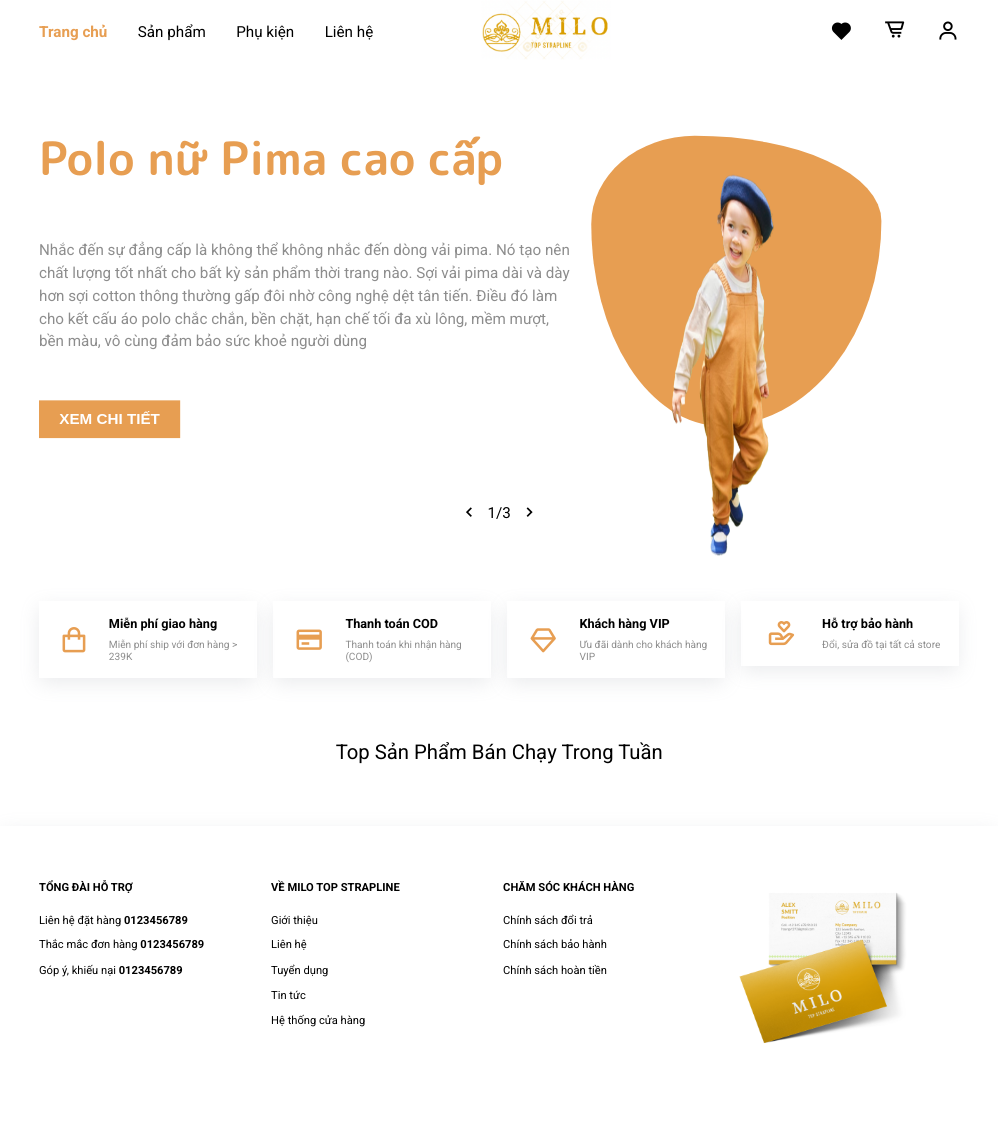
Repository: QuyHoang99k/shop
Page: /
The author's editor kept a copy of each file at every save. The page is drawn from the files as they stood at one save, then again after a run of saves.
The browser window is 1280 px wide. The pictures show the whole page, at 78% of full size.
The project was rebuilt for these pictures with package versions that can differ from the ones it lists, and the page was loaded fresh each time. Also part of the build but not shown: src/pages/Catalog.jsx, src/pages/Cart.jsx, src/pages/Product.jsx.

Above is the page before, as saved 2021-10-19 10:39:47.

### src/sass/index.scss
@import "./_variables.scss";
@import "./mixins";
@import "./_base.scss";

@import "./components/header";
@import "./components/footer";
@import "./components/hero-slider";
@import "./components/button";
@import "./components/section";
@import "./components/policy-card";

### src/components/Layout.jsx
import React from 'react'

import { BrowserRouter, Route } from 'react-router-dom'

import Header from './Header'
import Footer from './Footer'

import Routes from '../routes/Routes'

const Layout = () => {
    return (
        <BrowserRouter>
            <Route render={props => (
                <div>
                    <Header {...props}/>
                    <div className="container">
                        <div className="main">
                            <Routes/>
                        </div>
                    </div>
                    <Footer/>
                </div>
            )}/>
        </BrowserRouter>
    )
}

export default Layout

### src/sass/_variables.scss
$main-bg: #fff;
$main-color: #E79E52;

$txt-main-color: #000;
$txt-second-color:#8d8d8d;
$txt-white:#fff;

$btn-main-bg: $main-color;
$btn-main-color:#fff;

$header-height:80px;
$header-tablet-height:70px;
$header-mobile-height:40px;
$header-shrink-height:70px;

$box-shadow: rgba(149,157,165,0.2) 0px 8px 24px;

$colors:(
  "blue":#E79E52,
  "orange":#E0D3E9,
  "pink":#C19D71,
  "white":#fff,
  "black":#000,
  "main":$main-color

);
$mobile-width: 600px;
$tablet-width:1024px;

$numbers: (0,1,2,3,4,5,6,7,8);

### src/sass/_mixins.scss
@mixin flex ($align-item, $justify-content) {
    display: flex;
    align-items: $align-item;
    justify-content: $justify-content;
}
@mixin mobile {
    @media only screen and (max-width: $mobile-width){
        @content;
    }
}
@mixin tablet {
    @media only screen and (max-width: $tablet-width){
        @content;
    }
}

### src/sass/_base.scss
@import url("https://fonts.googleapis.com/css2?family=M+PLUS+Rounded+1c:wght@100;300;400;500;700;800;900&family=Roboto:ital,wght@0,100;0,300;0,400;0,500;0,700;0,900;1,100;1,300;1,400;1,500;1,700;1,900&display=swap");

@import url("https://fonts.googleapis.com/css2?family=M+PLUS+Rounded+1c:wght@100;300;400;500;700;800;900&family=Roboto:ital,wght@0,100;0,300;0,400;0,500;0,700;0,900;1,100;1,300;1,400;1,500;1,700;1,900&display=swap");

* {
    padding: 0;
    margin: 0;
    box-sizing: border-box;
    -webkit-tap-highlight-color: transparent;
    user-select: none;
}

html {
    font-size: 13px;
}

body {
    font-family: "Roboto", sans-serif;
}

ul {
    list-style-type: none;
}

a {
    text-decoration: none;
    color: unset;
}

a:hover {
    color: $main-color;
}

img {
    max-width: 100%;
}

@each $color, $val in $colors {
    .color-#{$color} {
        color: $val;
    }

    .bg-#{$color} {
        background-color: $val;
    }
}

@each $val in $numbers {
    .grid-col-#{$val} {
        grid-template-columns: repeat($val, 1fr);
    }
}

@each $val in $numbers {
    .grid-col-md-#{$val} {
        @include tablet {
            grid-template-columns: repeat($val, 1fr);
        }
    }
}

@each $val in $numbers {
    .grid-col-sm-#{$val} {
        @include mobile {
            grid-template-columns: repeat($val, 1fr);
        }
    }
}

.container {
    width: 100%;
    max-width: 1620px;
    padding: 0 50px;
    margin: auto;

    @include tablet {
        padding: 0 20px;
    }

    @include mobile {
        padding: 0 10px;
    }
}

.main {
    margin-top: $header-height;
    margin-bottom: 2rem;
    min-height: 100vh;

    @include tablet {
        margin-top: calc(#{$header-tablet-height} + 20px);
    }

    @include mobile {
        margin-top: calc(#{$header-mobile-height} + 10px);
    }
}

.grid {
    display: grid;
}

### src/sass/components/_header.scss
.header {
    background-color: $main-bg;
    position: fixed;
    top: 0;
    left: 0;
    width: 100%;
    z-index: 100;
    height: $header-height;
    transition: height 0.3s ease;

    @include tablet {
        height: $header-tablet-height;
        box-shadow: $box-shadow;
    }

    @include mobile {
        height: $header-mobile-height;
    }

    .container {
        height: 100%;
    }

    &.shrink {
        height: $header-shrink-height;
        box-shadow: $box-shadow;
        z-index: 100;

        @include mobile {
            height: $header-mobile-height;
        }
    }

    &__logo {
        @include flex(center, center);
        position: absolute;
        inset: 0;
        pointer-events: none;

        img {
            height: 75px;
            margin-left: 120px;
            @include tablet {
                height: 50px;
            }
            @include mobile {
                height: 38px;
                margin-left: 0px;
            }
        }
    }

    &__menu {
        @include flex(center, space-between);
        height: 100%;
        font-size: 1.5rem;

        &__item ~ &__item {
            margin-left: 39px;

            @include tablet {
                margin-left: 20px;
            }

            @include mobile {
                margin-left: 10px;
            }
        }

        &__item.active {
            font-weight: 600;
            color: $main-color;
        }

        &__item:hover {
            color: $main-color;
        }

        &__left,
        &__right {
            @include flex(center, center);
            height: 100%;
        }

        &__right {
            font-size: 2.25rem;

            &__item {
                @include flex(center, center);

                @include tablet {
                    margin-left: 10px;
                }
            }

            @include mobile {
                font-size: 1.5rem;
            }
        }

        &__left {
            &__close {
                display: none;
            }

            @include tablet {
                flex-direction: column;
                background-color: $main-bg;
                position: absolute;
                left: 0;
                top: 0;
                width: 100%;
                height: 100vh;
                justify-content: flex-start;
                padding-top: 30px;
                transform: translateX(-100%);
                transition: transform 0.5s ease;

                &.active {
                    transform: translateX(0);
                }

                &__item ~ &__item {
                    margin-left: unset;
                    margin-top: 20px;
                }

                &__close {
                    display: block;
                    position: absolute;
                    left: 20px;
                    font-size: 2.5rem;
                }
            }
        }

        &__mobile-toggle {
            display: none;

            @include tablet {
                display: block;
                font-size: 2.5rem;
            }
        }
    }
}

### src/sass/components/_footer.scss
.footer{
    padding: 70px 0;
    box-shadow: $box-shadow;
    font-size: 1.1rem;
    &__logo{
        height: 220px;
        width: 220px;
    }

    &__about{
        p{
            margin-bottom: 2rem;
        }
    }
    &__title{
        text-transform: uppercase;
        margin-bottom: 2rem;
        font-weight: 600;
    }
    &__content {
        p {
            margin-bottom: 1.25rem;
        }
    }
}

### src/sass/components/_button.scss
.btn {
    border: 0;
    outline: 0;
    color: $btn-main-color;
    font-size: 1.5rem;
    font-weight: 600;
    text-transform: uppercase;
    cursor: pointer;
    overflow: hidden;
    position: relative;

    @include mobile {
        font-size: 1rem;
    }

    &__txt,
    &__icon {
        display: block;
        transition: transform 0.5s ease;
    }

    &__txt {
        padding: 1rem 2rem;
    }

    &__icon {
        @include flex(center, center);
        font-size: 2rem;
        position: absolute;
        left: 0;
        top: 0;
        height: 100%;
        width: 100%;
        transform: translateX(-100%);
    }

    &-animate:hover &__txt {
        transform: translateX(100%);
    }

    &-animate:hover &__icon {
        transform: translateX(0);
    }

    &-sm {
        font-size: 1rem;
    }

    &-sm &__txt {
        padding: 0.7rem 1.5rem;
    }
}

### src/sass/components/_policy-card.scss
.policy-card{
    @include flex(center,flex-start);
    padding: 20px;
    padding-left: 0;
    box-shadow: $box-shadow;
    transition:  transform 0.5s ease;

    &:hover{
        transform: translateY(-20px);
    }
    &__icon{
        @include flex(center,center);
        width: 40%;
        color: $main-color;
        i{
            font-size: 3rem;
        }
    }
    &__info{
        &__name{
            font-size: 1.25rem;
            font-weight: 600;
            margin-bottom: 10px;
        }
        &__description{
            font-size: 1rem;
            color: $txt-second-color;
        }

    }
}

### src/components/Header.jsx
import React, { useRef, useEffect } from 'react'
import { Link, useLocation } from 'react-router-dom'

import logo from '../assets/images/Logo-2.png'

const mainNav = [
    {
        display: "Trang chủ",
        path: "/"
    },
    {
        display: "Sản phẩm",
        path: "/catalog"
    },
    {
        display: "Phụ kiện",
        path: "/accessories"
    },
    {
        display: "Liên hệ",
        path: "/contact"
    }
]

const Header = () => {

    const { pathname } = useLocation()
    const activeNav = mainNav.findIndex(e => e.path === pathname)

    const headerRef = useRef(null)

    useEffect(() => {
        window.addEventListener("scroll", () => {
            if (document.body.scrollTop > 80 || document.documentElement.scrollTop > 80) {
                headerRef.current.classList.add('shrink')
            } else {
                headerRef.current.classList.remove('shrink')
            }
        })
        return () => {
            window.removeEventListener("scroll")
        };
    }, []);

    const menuLeft = useRef(null)

    const menuToggle = () => menuLeft.current.classList.toggle('active')

    return (
        <div className="header" ref={headerRef}>
            <div className="container">
                <div className="header__logo">
                    <Link to="/">
                        <img src={logo} alt="" />
                    </Link>
                </div>
                <div className="header__menu">
                    <div className="header__menu__mobile-toggle" onClick={menuToggle}>
                        <i className='bx bx-menu-alt-left'></i>
                    </div>
                    <div className="header__menu__left" ref={menuLeft}>
                        <div className="header__menu__left__close" onClick={menuToggle}>
                            <i className='bx bx-chevron-left'></i>
                        </div>
                        {
                            mainNav.map((item, index) => (
                                <div
                                    key={index}
                                    className={`header__menu__item header__menu__left__item ${index === activeNav ? 'active' : ''}`}
                                    onClick={menuToggle}
                                >
                                    <Link to={item.path}>
                                        <span>{item.display}</span>
                                    </Link>
                                </div>
                            ))
                        }
                    </div>
                    <div className="header__menu__right">
                        <div className="header__menu__item header__menu__right__item">
                        <i className='bx bxs-heart'></i>
                        </div>
                        <div className="header__menu__item header__menu__right__item">
                            <Link to="/cart">
                            <i class='bx bx-cart-alt'></i>
                            </Link>
                        </div>
                        <div className="header__menu__item header__menu__right__item">
                            <i className="bx bx-user"></i>
                        </div>
                    </div>
                </div>
            </div>
        </div>
    )
}

export default Header

### src/routes/Routes.jsx
/* eslint-disable no-unused-vars */
import React from 'react'
import { Route,Switch } from 'react-router'

import Home from '../pages/Home'
import Catalog from '../pages/Catalog'
import Cart from '../pages/Cart'
import Product from '../pages/Product'



const Routes = () => {
  return (
    <Switch>
      <Route path='/' exact component ={Home}/>
      <Route path='/catalog/:slug' exact component ={Product}/>
      <Route path='/catalog' exact component ={Catalog}/>
      <Route path='/cart' exact component ={Cart}/>
    </Switch>
  )
}

export default Routes

### src/components/Grid.jsx
import React from 'react'
import PropTypes from 'prop-types'

const Grid = props => {

    const style = {
        gap: props.gap ? `${props.gap}px` : '0'
    }

    const col = props.col ? `grid-col-${props.col}` : ''
    const mdCol = props.mdCol ? `grid-col-md-${props.mdCol}` : ''
    const smCol = props.smCol ? `grid-col-sm-${props.smCol}` : ''

    return (
        <div className={`grid ${col} ${mdCol} ${smCol}`} style={style}>
            {props.children}
        </div>
    )
}


Grid.propTypes = {
    col: PropTypes.number.isRequired,
    mdCol: PropTypes.number,
    smCol: PropTypes.number,
    gap: PropTypes.number
}

export default Grid

### src/pages/Home.jsx
import React from 'react'
import Helmet from '../components/Helmet'
import HeroSlider from '../components/HeroSlider'
import heroSliderData from '../assets/fake-data/hero-slider'
import Section, { SectionBody, SectionTitle } from '../components/Section'
import PolicyCard from '../components/PolicyCard'
import Gird from '../components/Grid'

import policy from '../assets/fake-data/policy'
import { Link } from 'react-router-dom'

const Home = () => {
  return (
    <Helmet title="Trang chủ">
      {/* slider */}
      <HeroSlider data={heroSliderData}
        control={true}
        // auto={true}
        timeOut={5000}
      />

      {/* end slider */}
      {/* policy section */}
      <Section>
        <SectionBody>
          <Gird
            col={4}
            mdCol={2}
            smCol={1}
            gap={20}
          >
            {
              policy.map((item, index) => <Link to="/policy">
                <PolicyCard
                  key={index}
                  name={item.name}
                  description={item.description}
                  icon={item.icon}
                />
              </Link>)
            }
          </Gird>
        </SectionBody>
      </Section>
      {/* end policy section */}
      {/* best selling section */}
      <Section>
        <SectionTitle>
          Top sản phẩm bán chạy trong tuần
        </SectionTitle>
        <SectionBody>

        </SectionBody>
      </Section>
      {/* end best selling section */}
    </Helmet>
  )
}

export default Home

### src/components/Helmet.jsx
import React from 'react'
import PropTypes from 'prop-types'

const Helmet = props => {

    document.title = 'Milo - ' + props.title
    return (
        <div>
            {props.children}
        </div>
    )
}

Helmet.propTypes = {
    title:PropTypes.string.isRequired
}

export default Helmet

### src/components/HeroSlider.jsx
import React, { useEffect, useState, useCallback } from 'react'
import PropTypes from 'prop-types'
import { Link } from 'react-router-dom'

import Button from './Button'

const HeroSlider = props => {

    const data = props.data

    const timeOut = props.timeOut ? props.timeOut : 3000

    const [activeSlide, setActiveSlide] = useState(0);

    const nextSlide = useCallback(
        () => {
            const index = activeSlide + 1 === data.length ? 0 : activeSlide + 1
            setActiveSlide(index)
        },
        [activeSlide, data],
    )

    const prevSlide = () => {
        const index = activeSlide - 1 < 0 ? data.length - 1 : activeSlide - 1
        setActiveSlide(index)
    }

    useEffect(() => {
        if (props.auto) {
            const slideAuto = setInterval(() => {
                nextSlide()
            }, timeOut);
            return () => {
                clearInterval(slideAuto)
            }
        }
    }, [nextSlide, timeOut, props])

    return (
        <div className="hero-slider">
            {
                data.map((item, index) => (
                    <HeroSliderItem key={index} item={item} active={index === activeSlide}/>
                ))
            }
            {
                props.control ? (
                    <div className="hero-slider__control">
                        <div className="hero-slider__control__item" onClick={prevSlide}>
                            <i className="bx bx-chevron-left"></i>
                        </div>
                        <div className="hero-slider__control__item">
                            <div className="index">
                                {activeSlide + 1}/{data.length}
                            </div>
                        </div>
                        <div className="hero-slider__control__item" onClick={nextSlide}>
                            <i className="bx bx-chevron-right"></i>
                        </div>
                    </div>
                ) : null
            }
        </div>
    )
}

HeroSlider.propTypes = {
    data: PropTypes.array.isRequired,
    control: PropTypes.bool,
    auto: PropTypes.bool,
    timeOut: PropTypes.number
}

const HeroSliderItem = props => (
    <div className={`hero-slider__item ${props.active ? 'active' : ''}`}>
        <div className="hero-slider__item__info">
            <div className={`hero-slider__item__info__title color-${props.item.color}`}>
                <span>{props.item.title}</span>
            </div>
            <div className="hero-slider__item__info__description">
                <span>{props.item.description}</span>
            </div>
            <div className="hero-slider__item__info__btn">
                <Link to={props.item.path}>
                    <Button
                        backgroundColor={props.item.color}
                        icon="bx bx-cart"
                        animate={true}
                    >
                        xem chi tiết
                    </Button>
                </Link>
            </div>
        </div>
        <div className="hero-slider__item__image">
            <div className={`shape bg-${props.item.color}`}></div>
            <img src={props.item.img} alt="" />
        </div>
    </div>
)

export default HeroSlider

### src/components/PolicyCard.jsx
import React from 'react'
import PropTypes from 'prop-types'

const PolicyCard = props => {
    return (
        <div className="policy-card">
            <div className="policy-card__icon">
                <i className={props.icon}></i>
            </div>
            <div className="policy-card__info">
                <div className="policy-card__info__name">
                    {props.name}
                </div>
                <div className="policy-card__info__description">
                    {props.description}
                </div>
            </div>
        </div>
    )
}

PolicyCard.propTypes = {
    name: PropTypes.string.isRequired,
    description:PropTypes.string.isRequired,
    icon:PropTypes.string.isRequired
}

export default PolicyCard

### src/components/Button.jsx
import React from 'react'
import PropTypes from 'prop-types'

const Button = props => {

    const bg = props.backgroundColor ? 'bg-' + props.backgroundColor : 'bg-main'

    const size = props.size ? 'btn-' + props.size : ''

    const animate = props.animate ? 'btn-animate' : ''

    return (
        <button
            className={`btn ${bg} ${size} ${animate}`}
            onClick={props.onClick ? () => props.onClick() : null}
        >
            <span className="btn__txt">{props.children}</span>
            {
                props.icon ? (
                    <span className="btn__icon">
                        <i className={`${props.icon} bx-tada`}></i>
                    </span>
                ) : null
            }
        </button>
    )
}

Button.propTypes = {
    backgroundColor: PropTypes.string,
    size: PropTypes.string,
    icon: PropTypes.string,
    animate: PropTypes.bool,
    onclick: PropTypes.func
}

export default Button

Loaded but not shown: public/index.html (common file); src/reportWebVitals.js (common file); src/assets/boxicons-2.0.7/css/boxicons.min.css (library); src/sass/components/_section.scss (common file); src/components/Section.jsx (common file); src/assets/fake-data/policy.js (common file); src/assets/fake-data/hero-slider.js (29 lines, source omitted); src/index.js (22 lines, source omitted); src/sass/components/_hero-slider.scss (210 lines, source omitted); src/components/Footer.jsx (118 lines, source omitted)

After the next 2 saves:
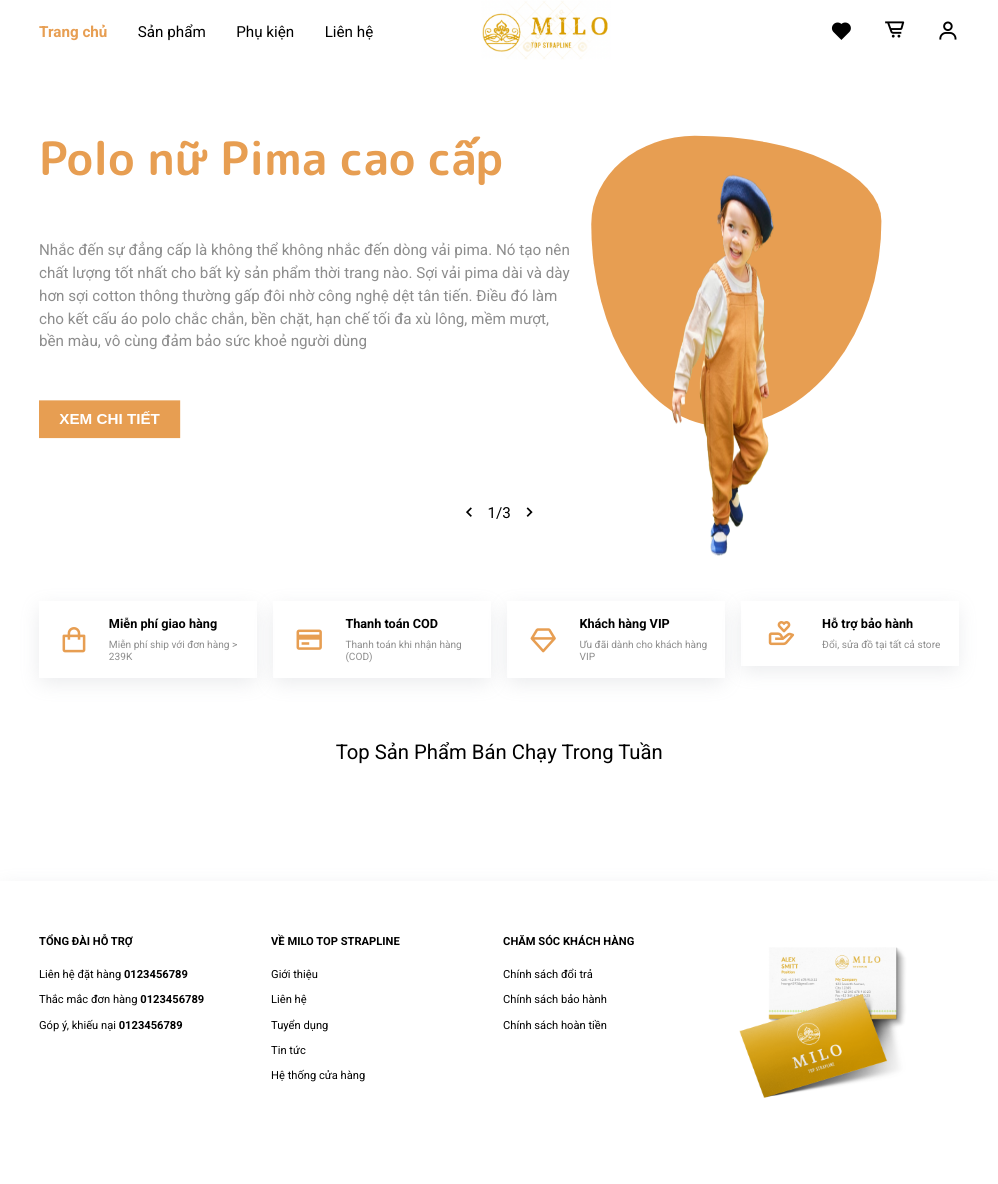
The 2 saves are shown as one change because they came seconds apart.
The last was saved 48 s later.
--- a/src/pages/Home.jsx
+++ b/src/pages/Home.jsx
@@ -49,7 +49,14 @@
           Top sản phẩm bán chạy trong tuần
         </SectionTitle>
         <SectionBody>
+          <Gird
+            col={4}
+            mdCol={2}
+            smCol={1}
+            gap={20}
+          >
 
+          </Gird>
         </SectionBody>
       </Section>
       {/* end best selling section */}
